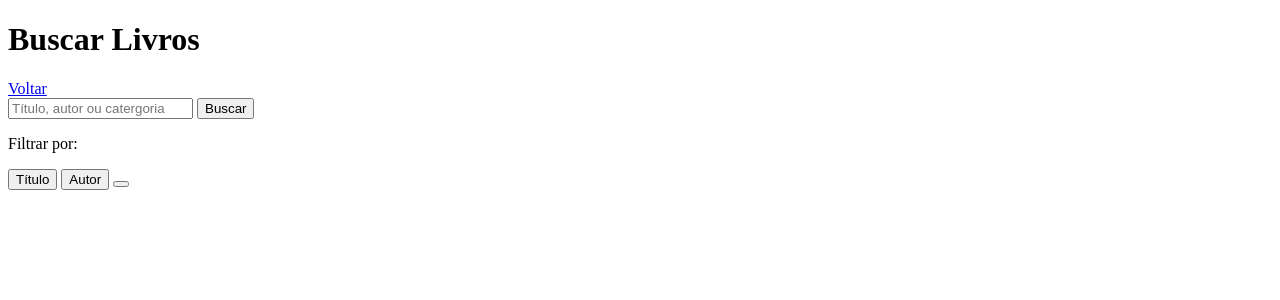
Repository: melloeduarda/html
Page: buscar.html
These files come from the project's save history. The page is drawn as it stood at one moment and after a run of saves; the edit follows.
The browser window is 1280 px wide. The pictures show the whole page.

Above is the page before, as saved 2026-10-28 16:03:02.

After the next 2 saves:
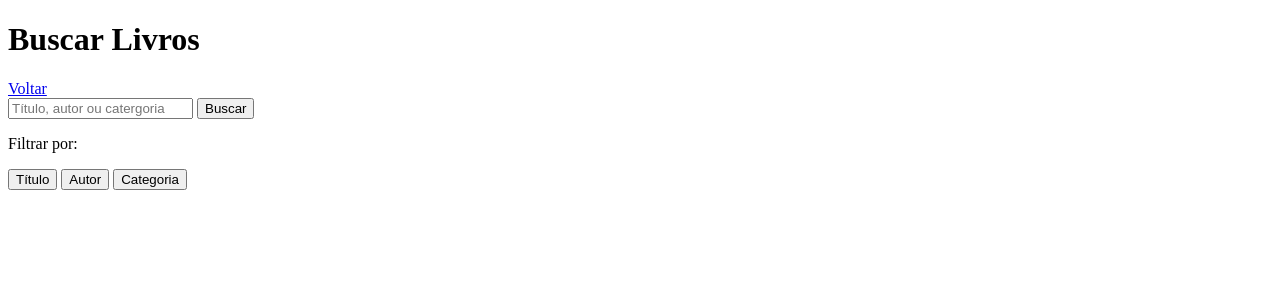
The 2 saves are shown as one change because they came seconds apart.
The last was saved 7 s later.
--- a/buscar.html
+++ b/buscar.html
@@ -19,6 +19,6 @@
             <p>Filtrar por:</p>
             <button>Título</button>
             <button>Autor</button>
-            <button>
+            <button>Categoria</button>
 </body>
 </html>
